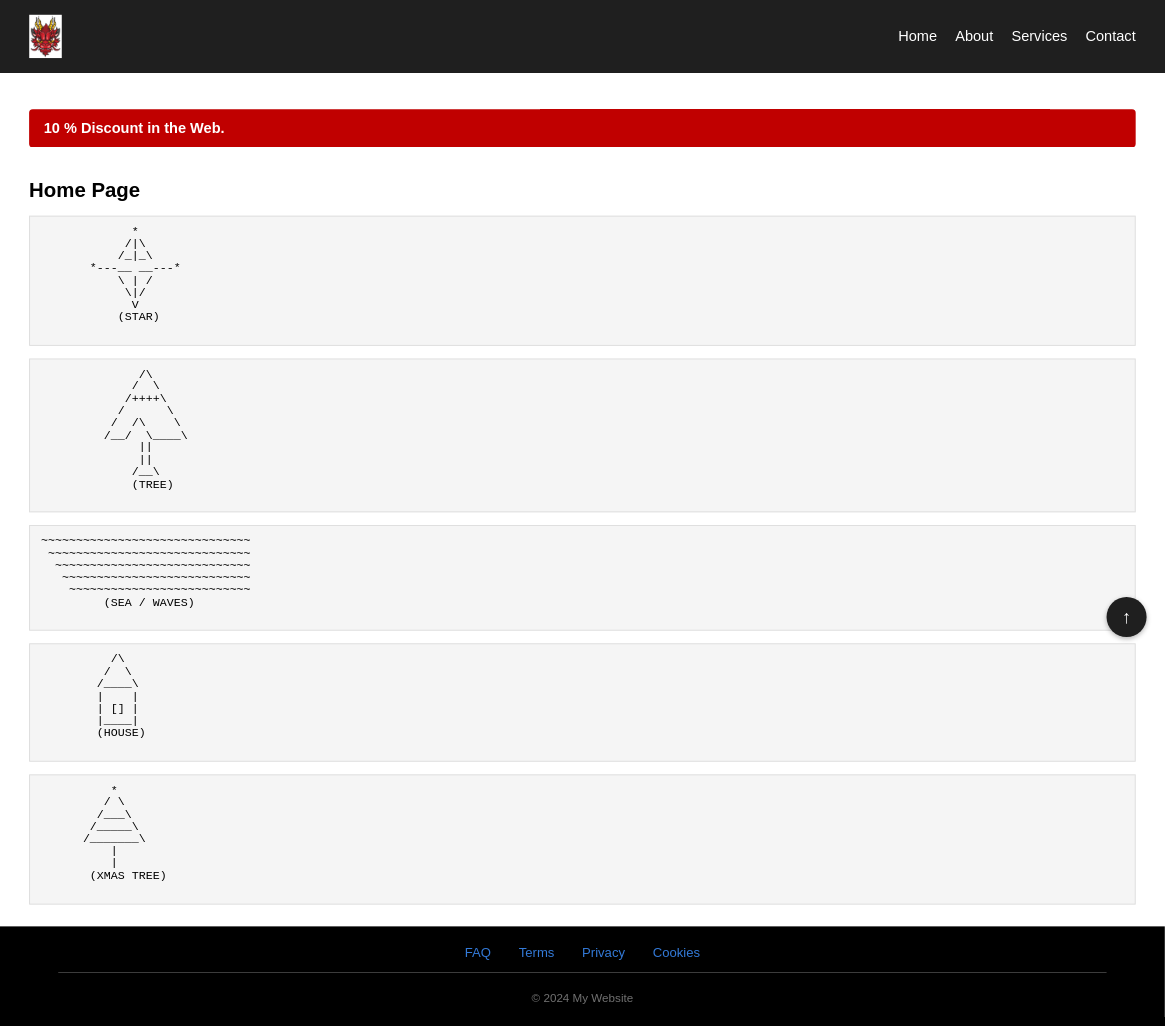
Repository: andreamm-lab/css-positioning-examples-2025-10
Page: index.html
These files come from the project's save history. The page is drawn as it stood at one moment and after the next save; the edit follows.
The browser window is 1280 px wide. The pictures show the whole page, at 91% of full size.

Above is the page before, as saved 2025-11-10 20:11:08.

After the next save:
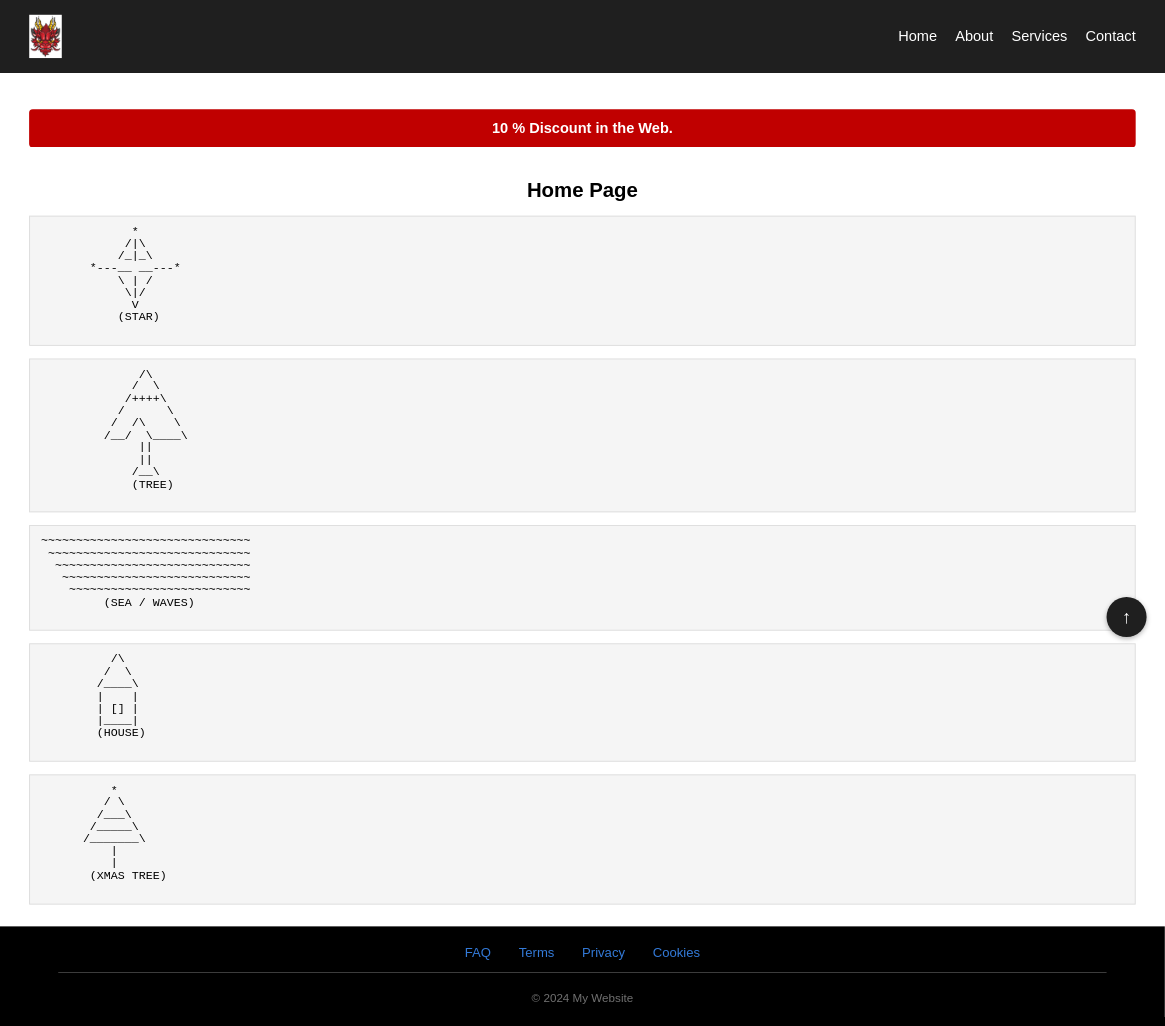
Saved 2 min 23 s later.
--- a/main.css
+++ b/main.css
@@ -232,12 +232,14 @@ main.page {
     width: 100%;               /* ocupa todo lo horizontal del contenedor */
     border-radius: 4px;
     font-weight: 600;
+    text-align: center;
 }
 
 /* subtítulo debajo del sticky, separado para que no lo tape */
 .home-subtitle {
     margin-top: 70px;  /* separa el título del sticky cuando se pega arriba */
     font-size: 1.4rem;
+    text-align: center;
 }
 
 /* text cards */
